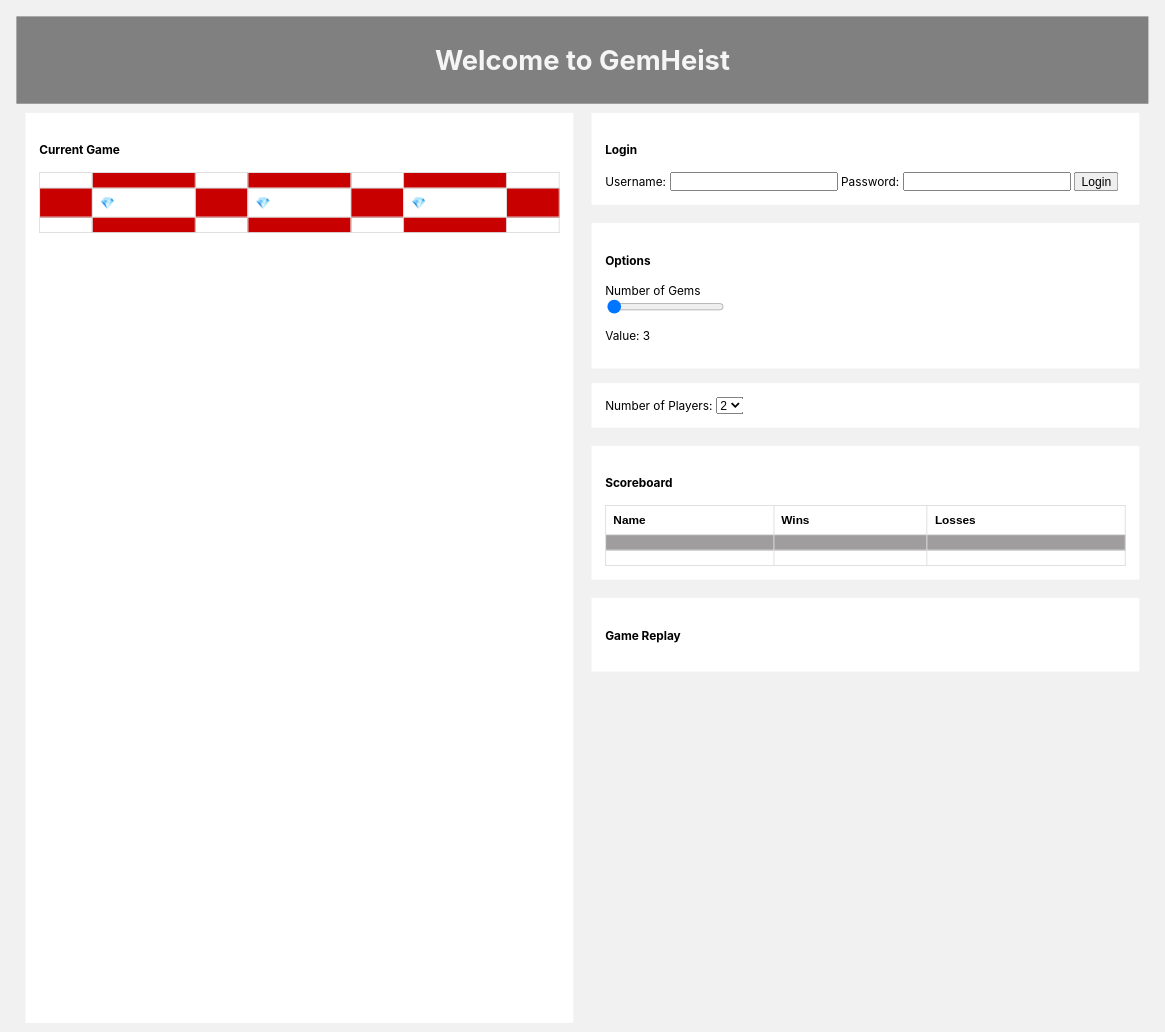
Repository: komalharjani/Gem-Heist
Page: board.html
An editor plug-in stored every save of this project. The page is shown before and after the next save, followed by the edit.
The browser window is 1280 px wide. The pictures show the whole page, at 91% of full size.

Above is the page before, as saved 2020-04-05 19:44:05.

### board.html
<!DOCTYPE html>
<html>

<head>
    <link rel="stylesheet" href="style.css">
</head>

<body>
    <!--Header-->
    <div class="header">
        <h2>Welcome to GemHeist</h2>
    </div>

    <!--Current Game-->
    <div class="centercolumn">
        <div class="card" style="height:1000px">
            <h4 id="gameTitle">Current Game</h4>
            <div class="yaks" id="game">
            </div>
        </div>
    </div>
    <!--Login -->
    <div class="centercolumn" id="scoreboard">
        <div class="card">
            <h4>Login</h4>
            <div class="yaks">
                <label for="fname">Username:</label>
                <input type="text" id="fname" name="fname">
                <label for="lname">Password:</label>
                <input type="text" id="lname" name="lname">
                <input type="submit" value="Login">
            </div>
        </div>
    </div><br>
    </div>

    <!--Options -->
    <div class="rightcolumn">
        <div class="card">
            <h4>Options</h4>
            <div class="yaks">
                <div class="slidecontainer">
                    <label for="myRange">Number of Gems</label></br>
                    <input type="range" min="3" max="20" value="3" class="slider" id="myRange">
                    <p>Value: <span id="demo"></span></p>
                </div>
            </div>
                <script>
                    var slider = document.getElementById("myRange");
                    var output = document.getElementById("demo");
                    output.innerHTML = slider.value;
                    document.getElementById("myRange").step = "3";
                    slider.oninput = function () {
                        output.innerHTML = this.value;
                    }
                </script>
            </div></br>
            <div class="card">
                <div class="yaks">
                    <label for="noPlayers">Number of Players:</label>
                    <select id="noPlayers">
                        <option value="2">2</option>
                        <option value="3">3</option>
                        <option value="4">4</option>
                        <option value="5">5</option>
                    </select>
                </div>
            </div>
    </div><br>
    </div>

    <!--Scoreboard - change to dynamic -->
    <div class="rightcolumn">
        <div class="card">
            <h4>Scoreboard</h4>
            <div class="yaks" id="scoreboard">
                <table>
                    <tr>
                        <th>Name</th>
                        <th>Wins</th>
                        <th>Losses</th>
                    </tr>
                    <tr>
                        <td> </td>
                        <td> </td>
                        <td> </td>
                    </tr>
                    <tr>
                        <td> </td>
                        <td> </td>
                        <td> </td>
                    </tr>
                </table>

            </div>
        </div>
    </div><br>
    </div>

    <!--Scoreboard -->
    <div class="rightcolumn">
        <div class="card">
            <h4>Game Replay</h4>
            <div class="yaks">
                <!--Content Here-->
            </div>
        </div>
    </div><br>
    </div>



    <!--JAVASCRIPT -->
    <script src="model_Board.js"></script>
</body>

</html>

### style.css
* {
    box-sizing: border-box;
  }

  /* Add a gray background color with some padding */
  body {
    font-family: -apple-system, BlinkMacSystemFont, 'Segoe UI', Roboto, Oxygen, Ubuntu, Cantarell, 'Open Sans', 'Helvetica Neue', sans-serif;
    padding: 10px;
    background: #f1f1f1;
    font-size: 13px;
  }
  table {
    font-family: arial, sans-serif;
    border-collapse: collapse;
    width: 100%;
  }

  td, th {
    border: 1px solid #dddddd;
    text-align: left;
    padding: 8px;
  }

  tr:nth-child(even) {
    background-color: #dddddd;
  }
  /* Header Title */
  .header {
    padding: 5px;
    font-size: 20px;
    text-align: center;
    background: grey;
    color: whitesmoke;
  }

  .login {
    width:300px;
    height:150px;
    position: fixed;
    top: 50%;
    left: 50%;
    margin-top: -125px;
    margin-left: -150px;
  }


  /* Alerts and Gems */

  .gem {
    background-color: white;
    justify-content: center;
  }

  .gem:hover {
    background-color: rgb(240, 240, 240);
  }

  .alarm {
    background-color: rgb(200, 0, 0);
  }

  .white {
    background-color: white;
  }

  .empty {
    background-color: white;
  }

  .alarm:hover {
    background-color: rgb(136, 0, 0);
  }

  /* Split Screen into Columns */

  .rightcolumn {
    float: right;
    width: 50%;
    padding: 10px;
  }

  .centercolumn {
    float: left;
    width: 50%;
    padding: 10px;
  }

  .box {
    background-color: whitesmoke;
    width: 100%;
    padding: 15px;
  }

  .voteFilter {
    background-color: black;
    width: 100%;
    padding: 15px;
  }

  .card {
     background-color: white;
     padding: 15px;
  }

  .row:after {
    content: "";
    display: table;
    clear: both;
  }

  /* Footer */
  .footer {
    padding: 20px;
    text-align: center;
    background: #ddd;
    margin-top: 20px;
  }

  /* Responsive layout - when the screen is less than 800px wide, make the two columns stack on top of each other instead of next to each other */
  @media screen and (max-width: 800px) {
    .leftcolumn, .rightcolumn {
      width: 100%;
      padding: 0;
    }
  }

  tr:nth-child(even) {
    background-color: #3b37377c;
  }

### model_Board.js
/**
 * Variables
 */
const width = 7;
var gemChar = '&#128142';
var noGems = document.getElementById("myRange").value;
height = (2 / 3 * noGems) + 1;

/**
 * Declare Arrays for Drawing Board...
 */
let currentState = new Array(height);
for (let k = 0; k < currentState.length; k++) {
    currentState[k] = new Array(width);
}
let arr = new Array(height);
for (let k = 0; k < arr.length; k++) {
    arr[k] = new Array(width);
}
/**
 * Function to Draw Board
 */
function drawBoard() {
    var table = document.createElement("table");
    for (var r = 0; r < arr.length; r++) {
        var row = document.createElement('tr');
        for (var c = 0; c < arr[r].length; c++) {
            var cell = document.createElement('td');
            currentState[r].push(cell);
            //console.log(currentState[i][j]);
            if (c % 2 && r % 2) { //identify gem cells
                //console.log(r,c);
                console.log(r+1,c);
                //currentState.push[row][col];
                cell.innerHTML = gemChar;
                //console.log(i,j);
                cell.className = "gem";
            }
            else if (c % 2 || r % 2) { //identify alarm cells
                cell.className = "alarm";
                cell.onclick = function() {
                    //find closest gem
                    console.log(r,c);
                    // if (cell + i || cell + j || )
                    this.className = "white";

                  }
            }
            row.appendChild(cell);
        }
        table.appendChild(row);
    }
    document.body.appendChild(table);
    //console.log(arr);
    console.log(currentState);

    //display in this div
    let divContainer = document.getElementById("game");
    divContainer.innerHTML = "";
    divContainer.appendChild(table);
}
drawBoard();

// function captureAlarm() {
//     if (currentState.className == "alarm") {
//         cell.addEventListener('click', function(event){
//             this.className = "white";
//             //replay.enqueue(this);
//     })
// }
// }


//Array for Players

//Queue replay

//for logic implmeentation
//seccond array? - to know which gems to check on
//gems array - to determine score and winner -- one for each player -- consider multiple players to determine winner
//how to pass html objects as a JSON ????

// drawTable = function(currentState) {
//         var table = document.createElement('table');
//         for (var i = 0; i < currentState.length; i++) {
//             var row = document.createElement('tr');
//             for (var j = 0; j < currentState[i].length; j++) {
//                 var cell = document.createElement('td');
//                 cell.textContent = currentState[i][j];
//                 row.appendChild(cell);
//             }
//             table.appendChild(row);
//         }
//         return table;
//     }
//     let divContainer = document.getElementById("game");
//     divContainer.innerHTML = "";
//     divContainer.appendChild(table);
//     drawTable();

After the next save:
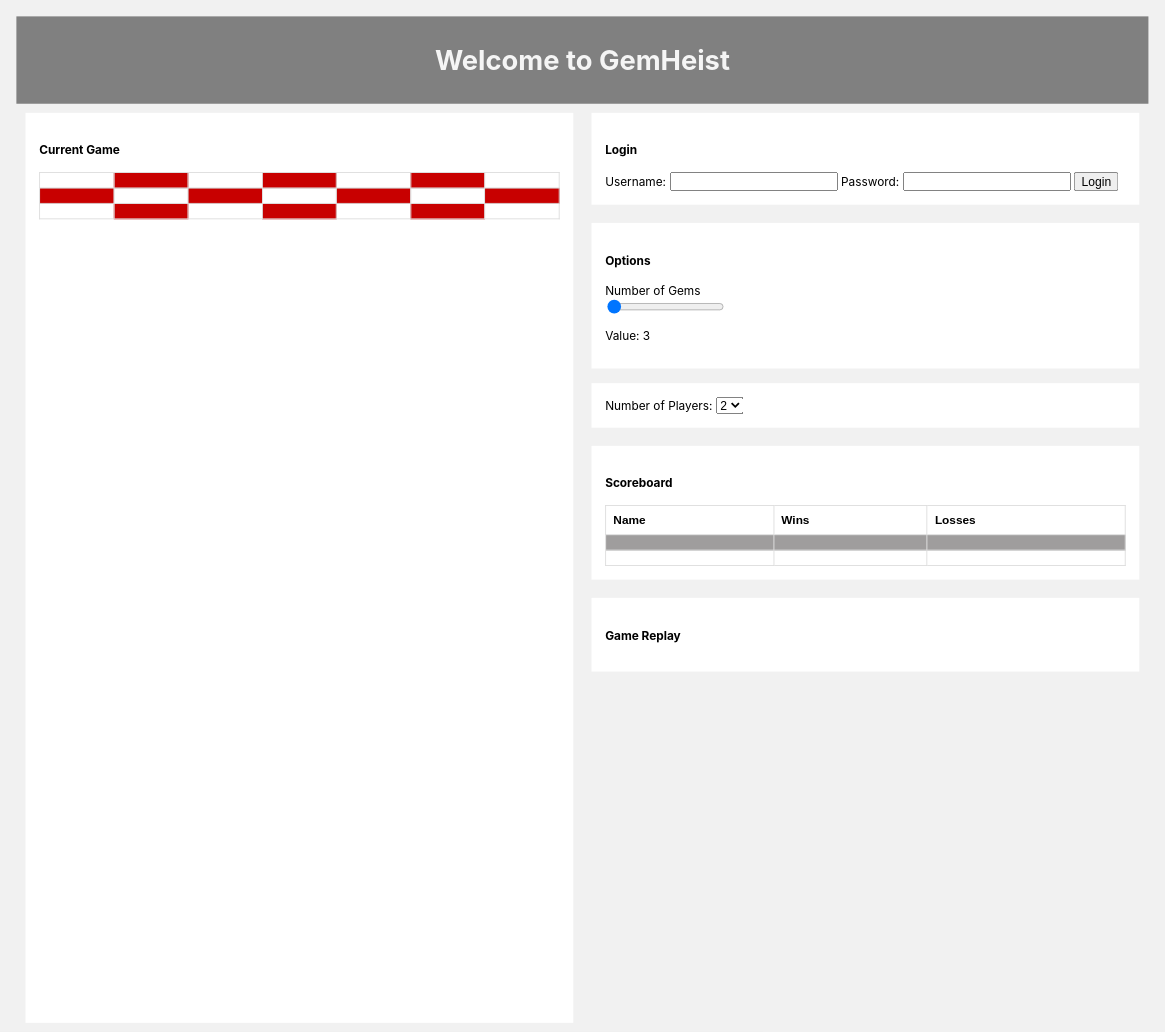
Saved 29 s later.
--- a/model_Board.js
+++ b/model_Board.js
@@ -29,11 +29,6 @@
             currentState[r].push(cell);
             //console.log(currentState[i][j]);
             if (c % 2 && r % 2) { //identify gem cells
-                //console.log(r,c);
-                console.log(r+1,c);
-                //currentState.push[row][col];
-                cell.innerHTML = gemChar;
-                //console.log(i,j);
                 cell.className = "gem";
             }
             else if (c % 2 || r % 2) { //identify alarm cells

After the save that followed:
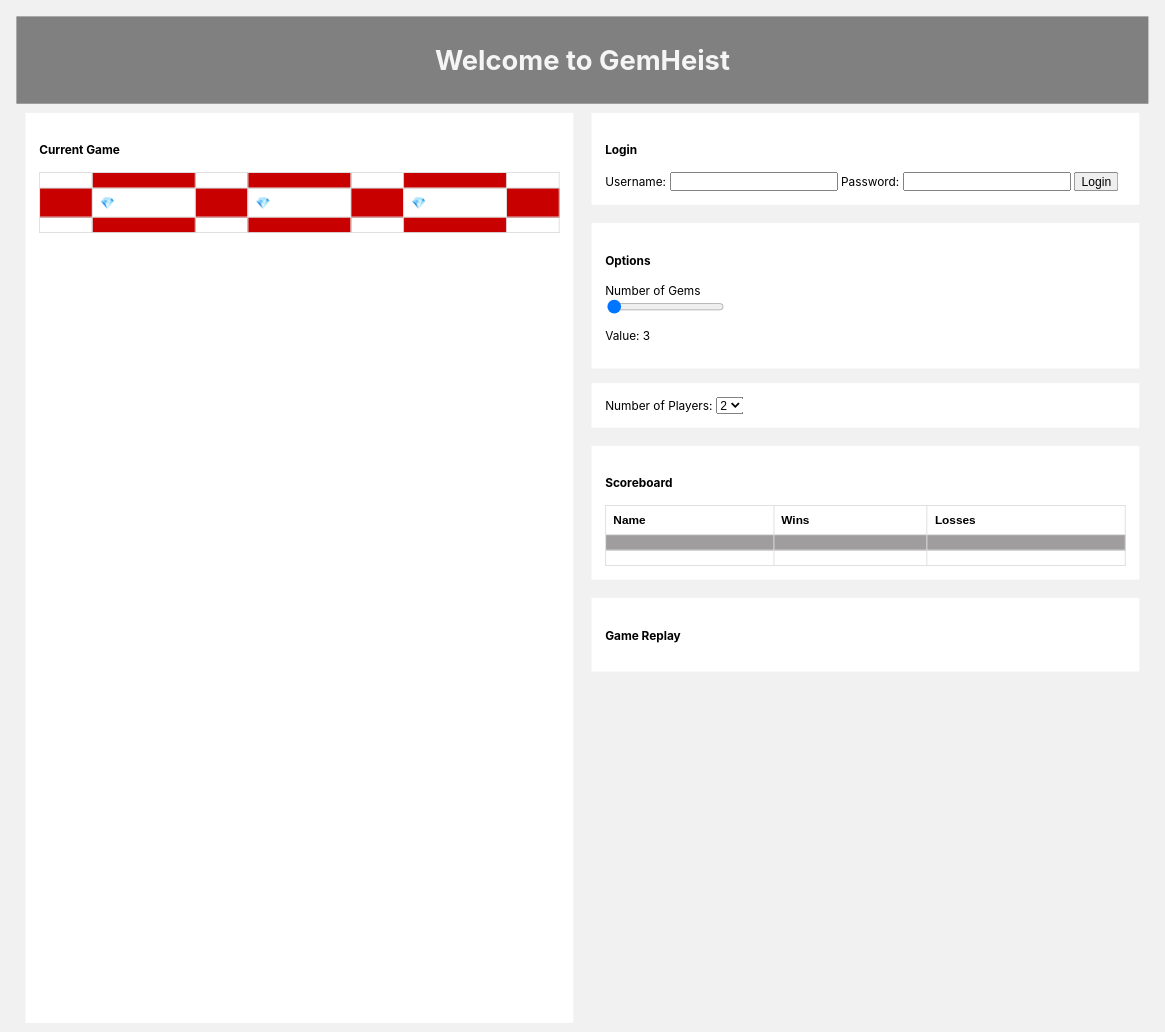
Saved 28 s later.
--- a/model_Board.js
+++ b/model_Board.js
@@ -29,14 +29,13 @@
             currentState[r].push(cell);
             //console.log(currentState[i][j]);
             if (c % 2 && r % 2) { //identify gem cells
+                cell.innerHTML = gemChar;
                 cell.className = "gem";
             }
             else if (c % 2 || r % 2) { //identify alarm cells
                 cell.className = "alarm";
                 cell.onclick = function() {
-                    //find closest gem
                     console.log(r,c);
-                    // if (cell + i || cell + j || )
                     this.className = "white";
 
                   }
